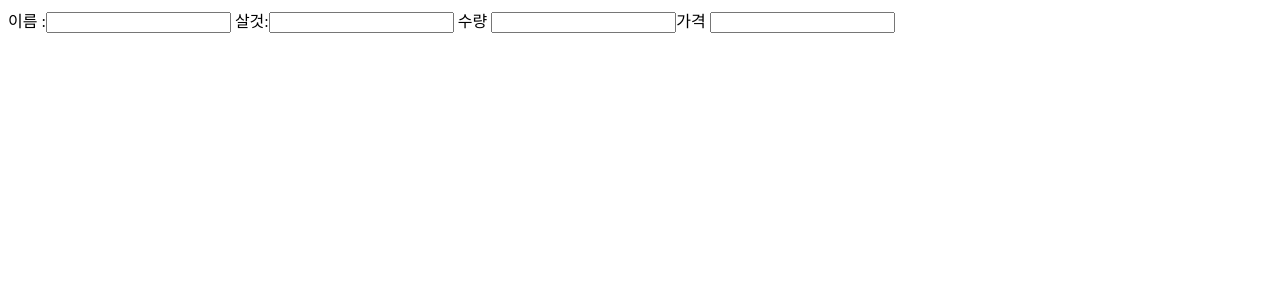
Repository: kol0372/woo
Page: springworkspace/spring1112/WebContent/order.html
These files come from the project's save history. The page is drawn as it stood at one moment and after the next save; the edit follows.
The browser window is 1280 px wide. The pictures show the whole page.

Above is the page before, as saved 2014-11-12 07:14:57.

After the next save:
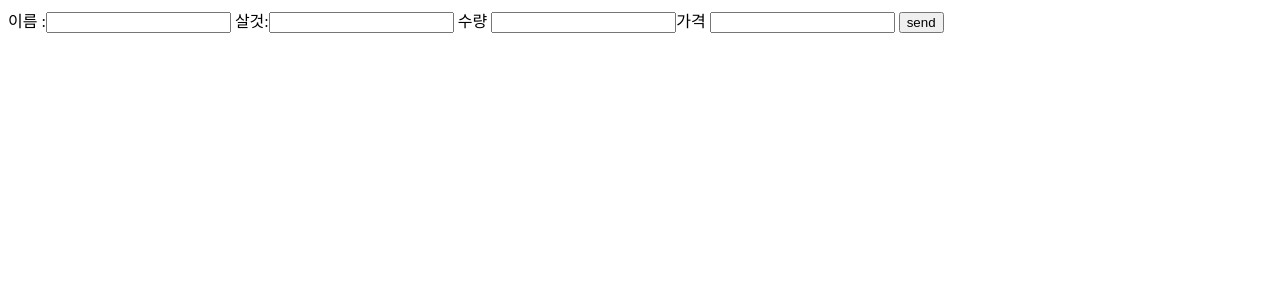
Saved 25 s later.
--- a/springworkspace/spring1112/WebContent/order.html
+++ b/springworkspace/spring1112/WebContent/order.html
@@ -10,6 +10,8 @@
 		이름 :<input type="text" name="name"> 살것:<input type="text"
 			name="ordername"> 수량 <input type="text" name="quant">가격
 		<input type="text" name="price">
+
+		<input type="button" value="send">
 	</form>
 
 </body>
